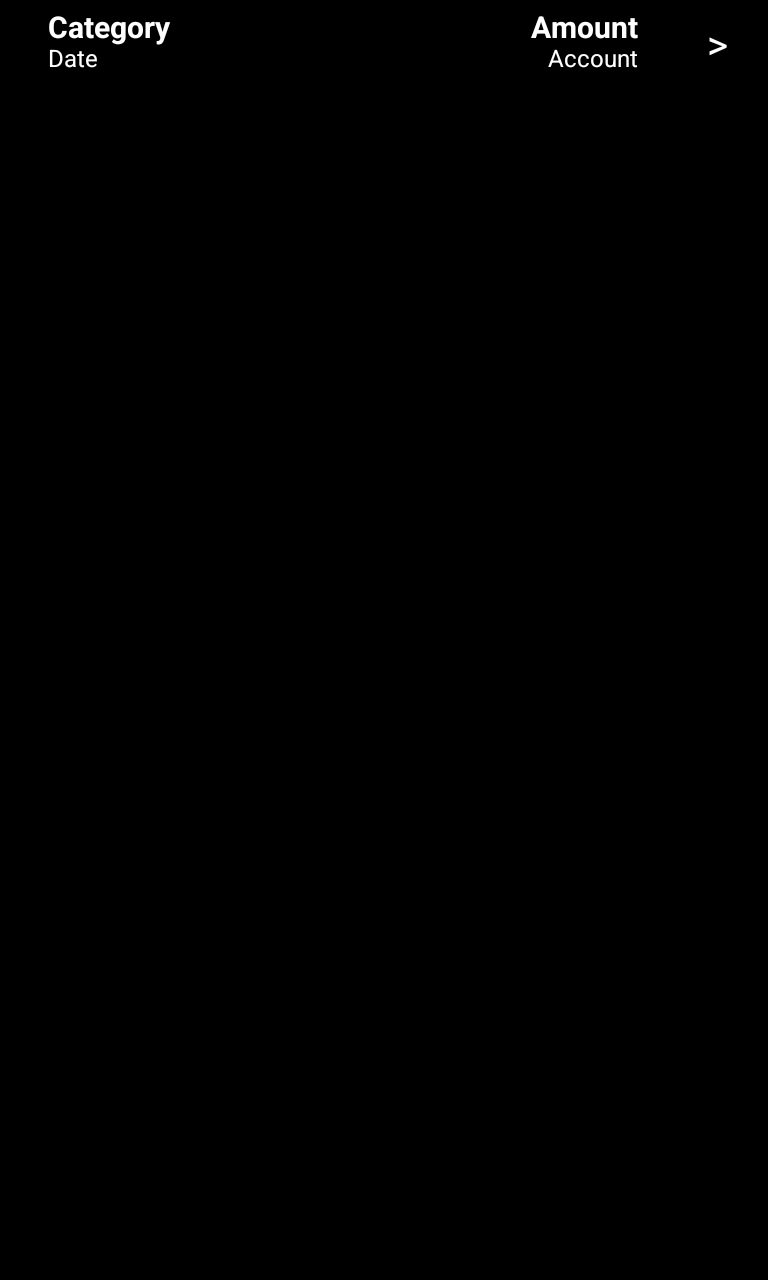
Repository: marlon-rodrigues/Nummus_Android
Layout: Nummus/res/layout/list_incexp.xml
These files come from the project's save history. The layout is drawn as it stood at one moment and after the next save; the edit follows.
It is drawn on a 768 x 1280 px phone screen (xhdpi) without system bars, with theme AppTheme; the app's code is not run.

Above is the layout before, as saved 2012-08-22 16:54:35.

After the next save:
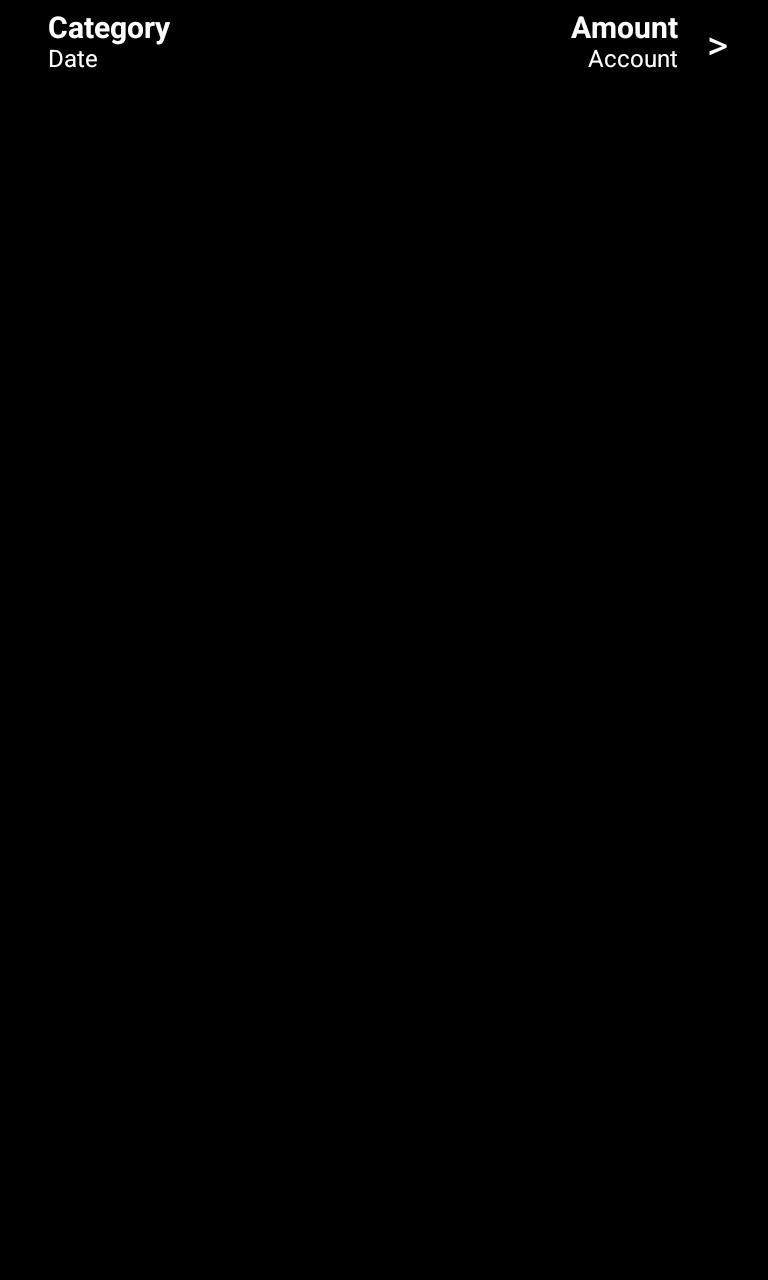
Saved 77 s later.
--- a/Nummus/res/layout/list_incexp.xml
+++ b/Nummus/res/layout/list_incexp.xml
@@ -34,7 +34,7 @@
         android:layout_alignParentRight="true"
         android:layout_alignParentTop="false"
         android:layout_marginTop="3dp"
-        android:layout_marginRight="65dp"
+        android:layout_marginRight="45dp"
         android:text="Amount"
         android:textColor="#FFFFFF"
         android:textStyle="bold"
